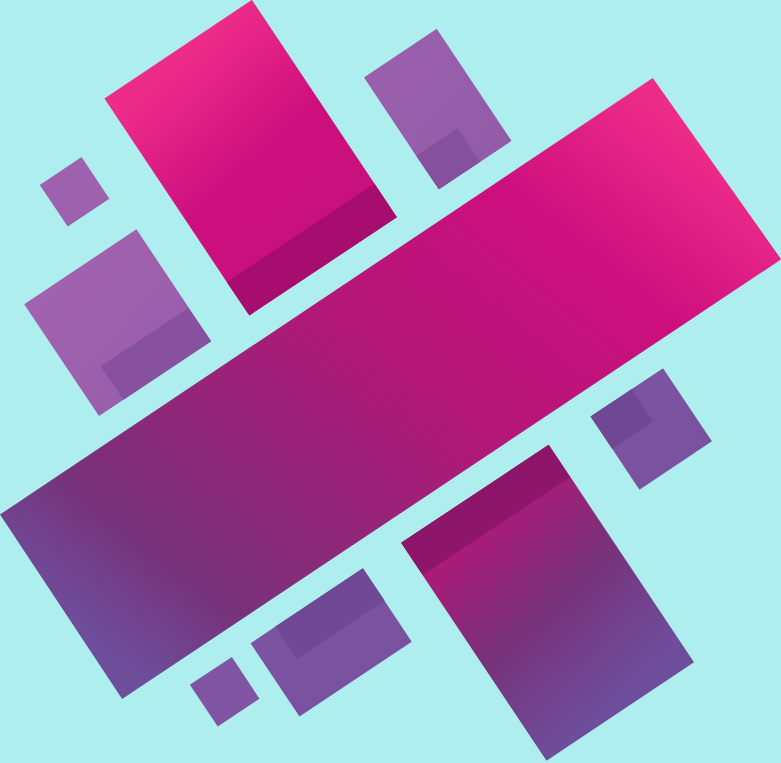
Repository: RemModz/memo-game
Page: index.html
An editor plug-in stored every save of this project. The page is shown before and after the next save, followed by the edit.
The browser window is 1280 px wide. The pictures show the whole page, at 61% of full size.

Above is the page before, as saved 2018-12-30 14:32:17.

### index.html
<!DOCTYPE html>
<html>
<head>
    <meta charset="utf-8" />
    <meta http-equiv="X-UA-Compatible" content="IE=edge">
    <title>Memo Game</title>
    <meta name="viewport" content="width=device-width, initial-scale=1">
    <link rel="stylesheet" type="text/css" media="screen" href="styles.css" />

</head>
<body>
    <section class="memory--game">

        <div class="memory--card">
            <img class="front--face" src="img/aurelia.svg"
            alt="aurelia" />

        </div>
    </section>


    <script src="scripts.js"></script>
</body>
</html>

### styles.css
* {
    margin: 0;
    padding: 0;
    box-sizing: border-box;
}

body {
    height: 100vh;
    background: paleturquoise;
}

Loaded but not shown: scripts.js (no copy from this time; the picture is the same without it)

After the next save:
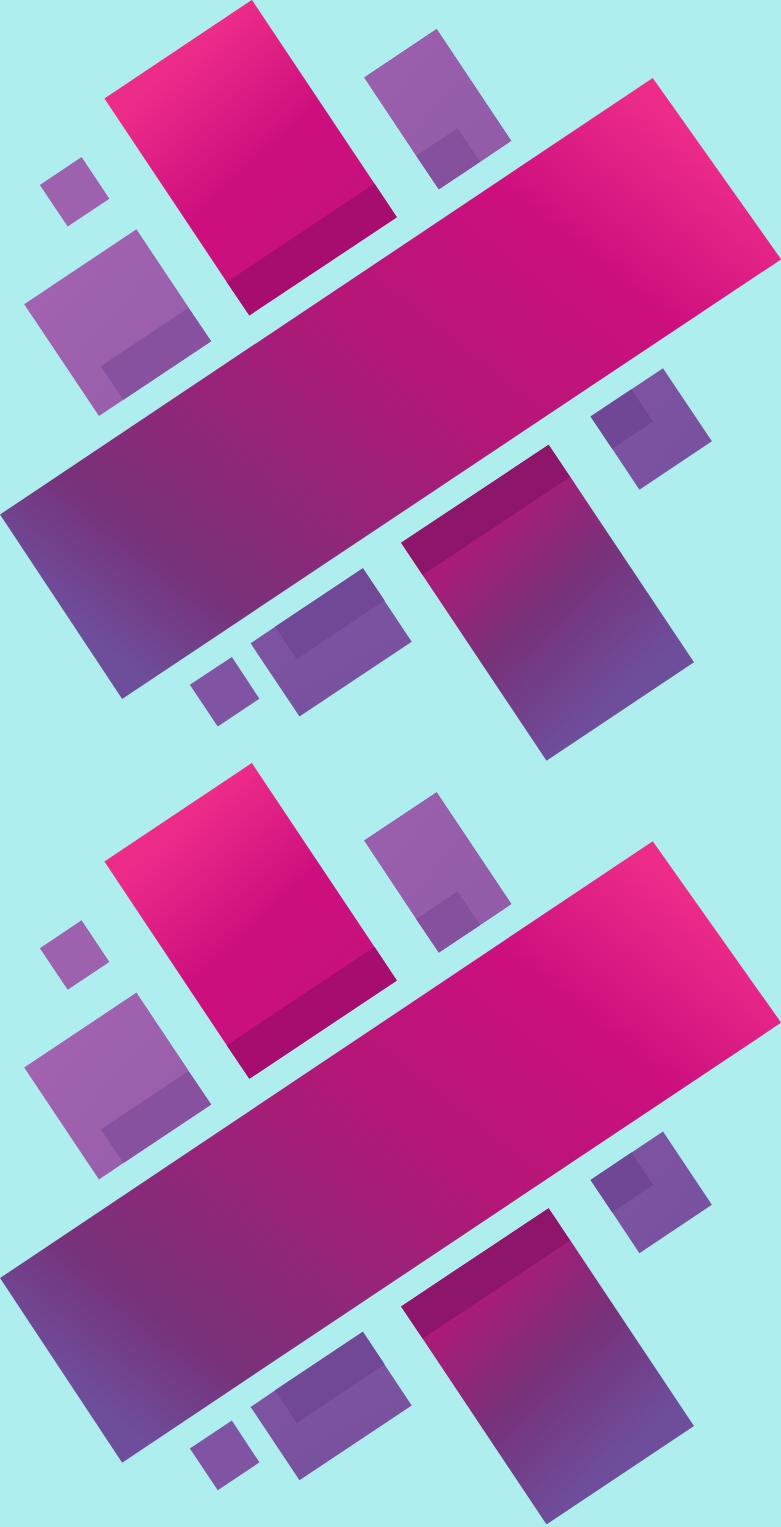
Saved 8 s later.
--- a/index.html
+++ b/index.html
@@ -15,6 +15,10 @@
             <img class="front--face" src="img/aurelia.svg"
             alt="aurelia" />
 
+            <div class="memory--card">
+                    <img class="front--face" src="img/aurelia.svg"
+                    alt="aurelia" />
+
         </div>
     </section>
 
